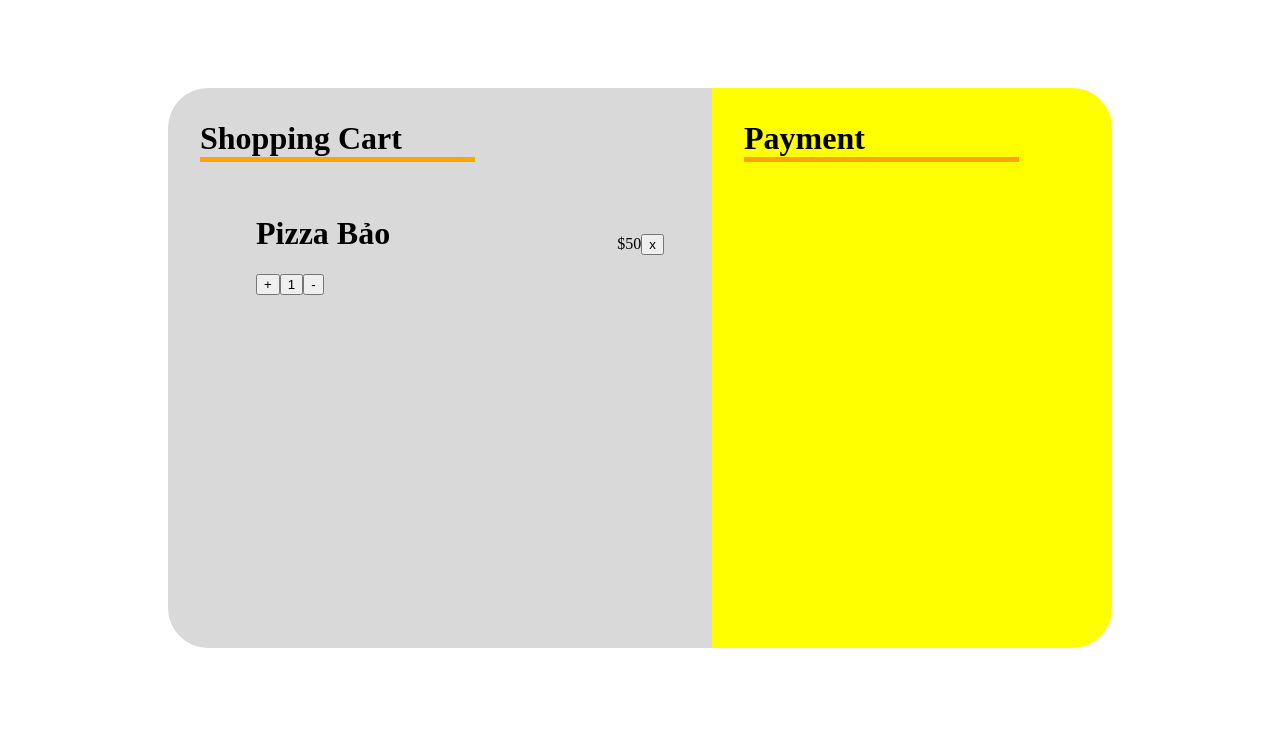
Repository: NDBaoFE/pizza-ordering-hiep
Page: /checkout
These files come from the project's save history. The page is drawn as it stood at one moment and after the next save; the edit follows.
The browser window is 1280 px wide. The pictures show the whole page.
The project was rebuilt for these pictures with package versions that can differ from the ones it lists, and the page was loaded fresh each time.

Above is the page before, as saved 2022-08-27 22:08:07.

After the next save:
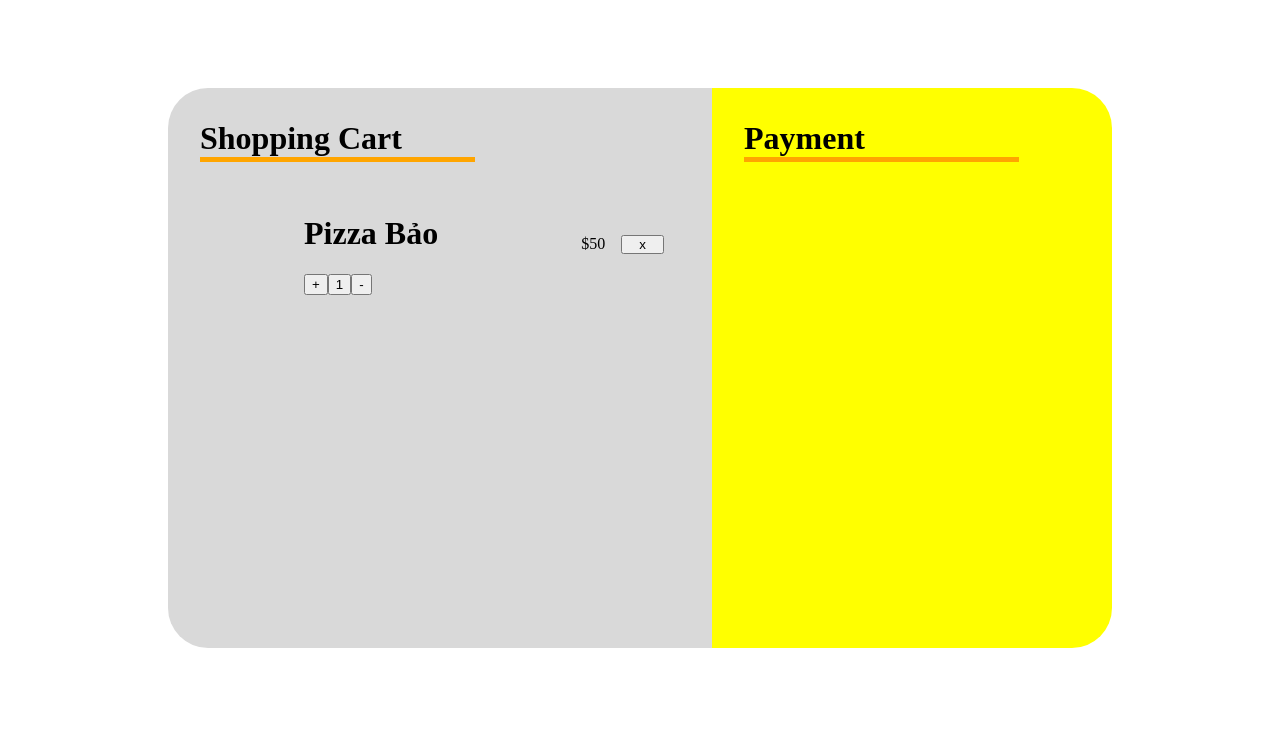
Saved 24 s later.
--- a/src/pages/Checkout/Checkout.styled.js
+++ b/src/pages/Checkout/Checkout.styled.js
@@ -46,6 +46,10 @@
   display: flex;
   align-items: center;
   padding: 1rem;
+
+  & > * {
+    padding: 0 1rem;
+  }
 `
 
 export const Image = styled.img``

After the save that followed:
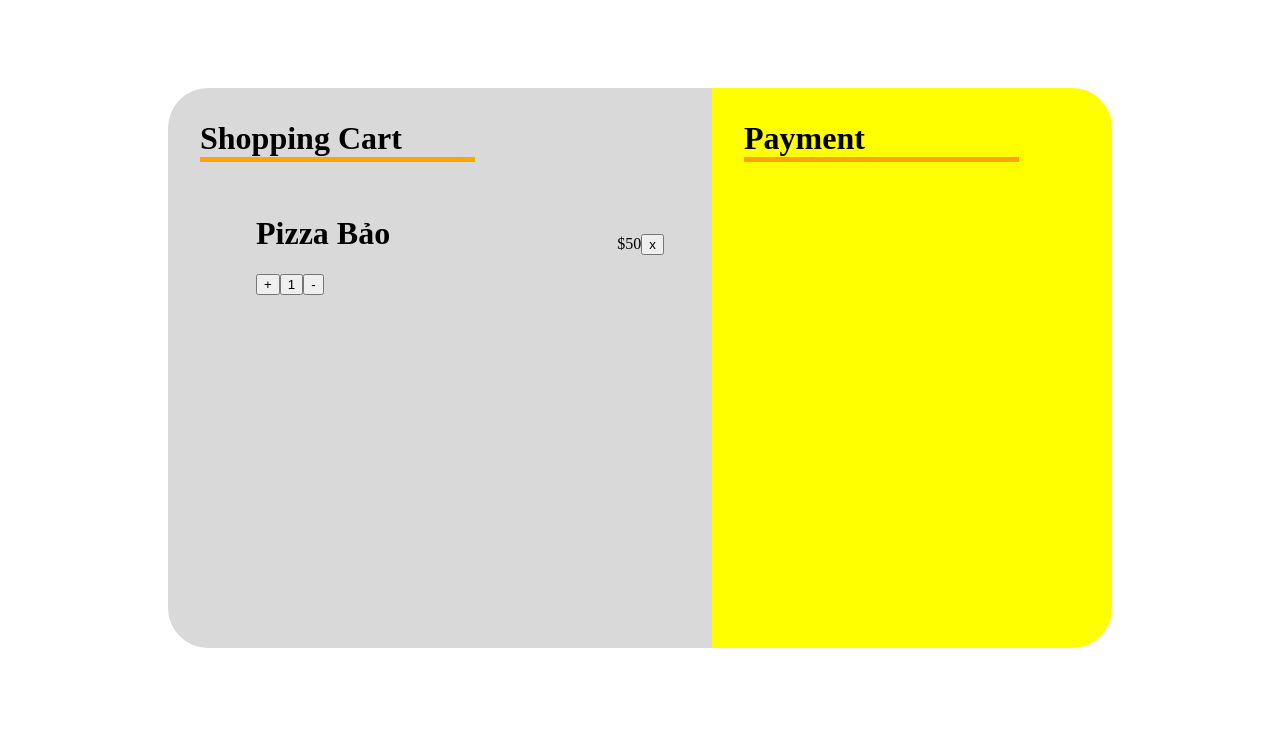
Saved 11 s later.
--- a/src/pages/Checkout/Checkout.styled.js
+++ b/src/pages/Checkout/Checkout.styled.js
@@ -46,10 +46,6 @@
   display: flex;
   align-items: center;
   padding: 1rem;
-
-  & > * {
-    padding: 0 1rem;
-  }
 `
 
 export const Image = styled.img``
